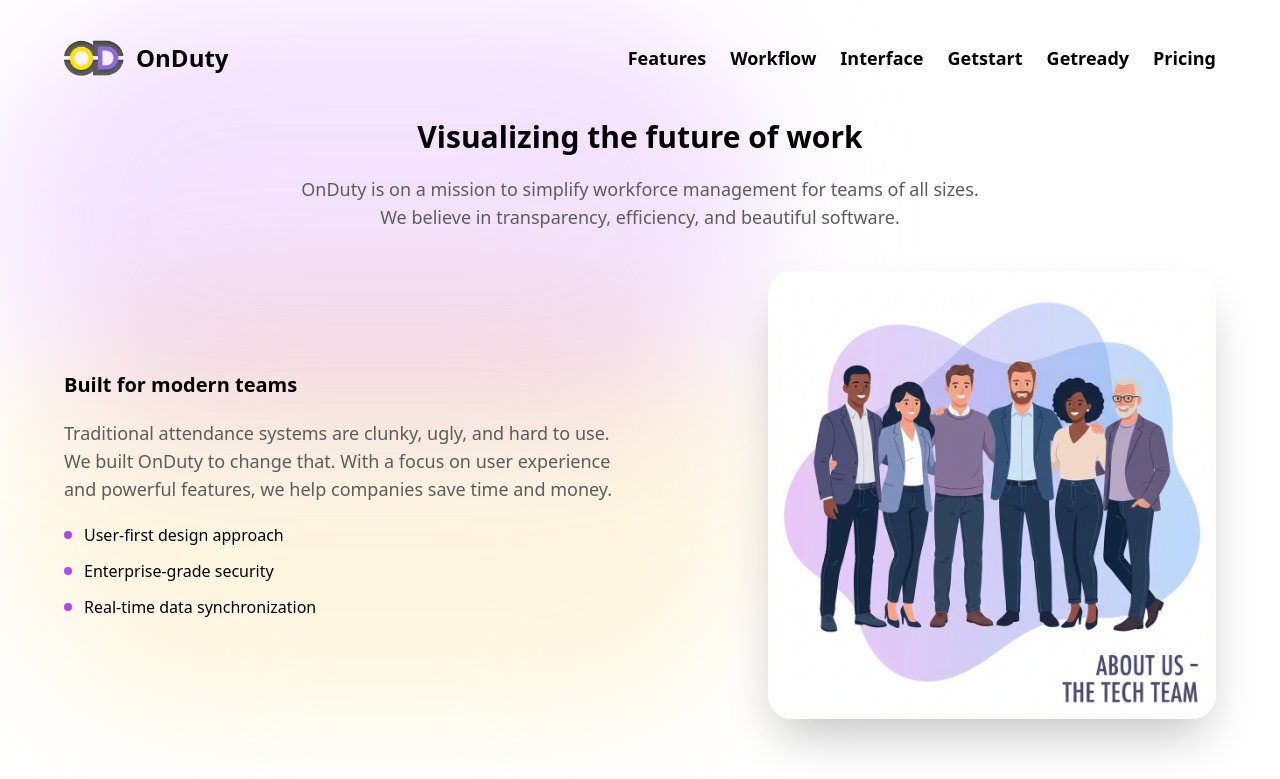
Repository: shekharzorin/ONDUTY-V1
Page: /about
These files come from the project's save history. The page is drawn as it stood at one moment and after the next save; the edit follows.
The browser window is 1280 px wide. The pictures show the whole page.
The project was rebuilt for these pictures with package versions that can differ from the ones it lists, and the page was loaded fresh each time. The framework's server and built-in components were replaced by stand-ins that run in the browser. Also part of the build but not shown: next.config.mjs, vite.config.js, app/components/ui/Crossicon.tsx.

Above is the page before, as saved 2026-01-17 16:12:11.

### app/layout.tsx
import type { Metadata } from "next";
import { Geist, Geist_Mono } from "next/font/google";
import "./globals.css";
import Navbar from "./components/header/Navbar";

const geistSans = Geist({
  variable: "--font-geist-sans",
  subsets: ["latin"],
});

const geistMono = Geist_Mono({
  variable: "--font-geist-mono",
  subsets: ["latin"],
});

export const metadata: Metadata = {
  title: "Create Next App",
  description: "Generated by create next app",
};

export default function RootLayout({
  children,
}: Readonly<{
  children: React.ReactNode;
}>) {
  return (
    <html lang="en">
      <body
        className={`${geistSans.variable} ${geistMono.variable} antialiased`}
      >
        <Navbar />
        {children}
      </body>
    </html>
  );
}

### app/about/page.tsx
import About from '../components/sections/about'

const page = () => {
  return (
    <About/>
  )
}

export default page

### app/globals.css
@import "tailwindcss";

:root {
  --color-primary: #8d6bdc;
  --color-secondary: #e0d4ff;
  --color-bg: #efefef;
  --color-sidebar: #ffffff;
  --color-gray: #5d5d5d;
}

html {
  scroll-behavior: smooth;
}




.flip-card {
  perspective: 1000px;
}

.flip-card-inner {
  transform-style: preserve-3d;
}

.flip-card-front,
.flip-card-back {
  position: absolute;
  width:auto;
  height:auto;
  backface-visibility: hidden;
}

.flip-card-back {
  transform: rotateY(180deg);
}

### app/components/header/Navbar.tsx
"use client";

import Logo from "@/public/images/od_logo.png";
import Image from "next/image";
import Link from "next/link";
import { usePathname } from "next/navigation";
import { useEffect, useState } from "react";
import { MdMenu } from "react-icons/md";
import { motion, AnimatePresence } from "framer-motion";
import { useRouter } from "next/navigation";
import Crossicon from "../ui/Crossicon";

export const navLinks = [
  { name: "Features", id: "features" },
  { name: "Workflow", id: "workflow" },
  { name: "Interface", id: "interface" },
  { name: "Getstart", id: "getstart" },
  { name: "Getready", id: "getready" },
  { name: "Pricing", path: "/pricing/" },
];

const Navbar = () => {
  const pathname = usePathname();
  const [isScrolled, setIsScrolled] = useState(false);
  const [isNavOpen, setIsNavOpen] = useState(false);
  const router = useRouter();
  const [activeSection, setActiveSection] = useState<string | null>(null);

  const handleScrollNav = (id: string) => {
    setActiveSection(id);
    router.push(`/#${id}`);
  };

  useEffect(() => {
    if (pathname !== "/") {
      setActiveSection(null);
    }
  }, [pathname]);

  useEffect(() => {
    if (pathname !== "/") return;
    const hash = window.location.hash.replace("#", "");
    if (hash) {
      setActiveSection(hash);
    } else {
      setActiveSection("features");
    }
  }, [pathname]);

  useEffect(() => {
    const handleScroll = () => setIsScrolled(window.scrollY > 20);
    window.addEventListener("scroll", handleScroll);
    return () => window.removeEventListener("scroll", handleScroll);
  }, []);

  useEffect(() => {
    if (isNavOpen) {
      document.body.style.overflow = "hidden";
    } else {
      document.body.style.overflow = "";
    }
    return () => {
      document.body.style.overflow = "";
    };
  }, [isNavOpen]);

  useEffect(() => {
    if (pathname !== "/") return;

    const sections = [
      "features",
      "workflow",
      "interface",
      "getready",
      "getstart",
    ];
    let locked = true;

    const unlock = () => (locked = false);
    window.addEventListener("scroll", unlock, { once: true });

    const observer = new IntersectionObserver(
      (entries) => {
        if (locked) return;

        entries.forEach((entry) => {
          if (entry.isIntersecting) {
            const id = entry.target.id;

            // 1️⃣ Update active state
            setActiveSection(id);

            // 2️⃣ Update URL hash WITHOUT navigation
            router.replace(`/#${id}`, { scroll: false });
          }
        });
      },
      {
        rootMargin: "-45% 0px -45% 0px",
        threshold: 0,
      }
    );

    sections.forEach((id) => {
      const el = document.getElementById(id);
      if (el) observer.observe(el);
    });

    return () => observer.disconnect();
  }, [pathname, router]);

  return (
    <header
      className={`fixed top-0 left-0 right-0 z-50 border-b transition-all ${
        isScrolled
          ? "bg-transparent backdrop-blur-md border-white shadow-lg py-0"
          : "bg-transparent border-transparent py-5"
      }`}
    >
      <div className="mx-auto w-full px-4 sm:px-6 md:px-8 lg:px-12 xl:px-16 2xl:px-24 max-w-384 py-2 flex items-center justify-between">
        <div className="flex gap-2 lg:gap-3 items-center">
          <Image
            src={Logo}
            alt="Onduty Logo"
            height={60}
            width={60}
            className="flex h-10 w-10 md:h-12 md:w-12 lg:h-15 lg:w-15"
          />
          <h1 className="text-2xl lg:text-2xl font-bold">OnDuty</h1>
        </div>

        {/* Desktop Navbar */}
        <nav className="hidden lg:flex gap-6">
          {navLinks.map((item) => {
            // SCROLL ITEM
            if (item.id) {
              return (
                <button
                  key={item.id}
                  onClick={() => handleScrollNav(item.id)}
                  className={`relative lg:font-semibold xl:font-bold text-lg transition-colors duration-300
                    after:absolute after:left-0 after:-bottom-1 after:h-1
                    after:rounded-full after:bg-(--color-primary)
                    after:transition-all after:duration-300
                    ${
                      activeSection === item.id && pathname === "/"
                        ? "text-(--color-primary)"
                        : "after:w-0 hover:after:w-full"
                    }
                  `}
                >
                  {item.name}
                </button>
              );
            }

            // ROUTE ITEM
            const isActive = pathname === item.path;

            return (
              <Link
                key={item.path}
                href={item.path!}
                className={`relative lg:font-semibold xl:font-bold text-lg transition-colors duration-300
                  after:absolute after:left-0 after:-bottom-1 after:h-1
                  after:rounded-full after:bg-(--color-primary)
                  after:transition-all after:duration-300
                  ${
                    isActive
                      ? "text-(--color-primary)"
                      : "after:w-0 hover:after:w-full"
                  }
                `}
              >
                {item.name}
              </Link>
            );
          })}
        </nav>

        <div className="lg:hidden gap-3">
          <div
            onClick={() => setIsNavOpen(true)}
            className="flex p-1 lg:hidden bg-(--color-secondary) rounded-full border-white border justify-center items-center"
          >
            <MdMenu size={28} className="opacity-10 animate-pulse" />
          </div>

          <AnimatePresence>
            {isNavOpen && (
              <motion.div
                className="fixed inset-0 backdrop-blur-sm bg-black/30 flex justify-end h-screen"
                initial={{ opacity: 0 }}
                animate={{ opacity: 1 }}
                exit={{ opacity: 1 }}
                transition={{ duration: 0.6 }}
              >
                {/* Drawer */}
                <motion.div
                  className="relative w-[70%] md:w-[60%] bg-(--color-sidebar) h-full flex items-center"
                  initial={{ x: "100%" }}
                  animate={{ x: 0 }}
                  exit={{ x: "100%" }}
                  onClick={(e: any) => e.stopPropagation()}
                  transition={{
                    duration: 0.35,
                    ease: "easeInOut",
                  }}
                >
                  {/* Close button */}
                  <div className="flex absolute top-7.25 right-4 md:right-8 lg:hidden z-20 ">
                    <Crossicon onClick={() => setIsNavOpen(false)} />
                  </div>

                  {/* Mobile Navbar */}
                  <nav className="flex flex-col gap-10 p-10 mt-10 w-full">
                    {navLinks.map((item) => {
                      if (item.id) {
                        return (
                          <button
                            key={item.id}
                            onClick={() => {
                              handleScrollNav(item.id);
                              setIsNavOpen(false);
                            }}
                            className={`py-2 w-full relative text-lg font-semibold md:font-bold text-left transition-colors
                              ${
                                activeSection === item.id && pathname === "/"
                                  ? "text-(--color-primary)"
                                  : "text-black/80 hover:text-(--color-primary)"
                              }
                            `}
                          >
                            {item.name}
                          </button>
                        );
                      }

                      const isActive = pathname === item.path;

                      return (
                        <Link
                          key={item.path}
                          href={item.path!}
                          onClick={() => setIsNavOpen(false)}
                          className={`relative text-lg font-semibold md:font-bold py-2
                            ${isActive ? "text-(--color-primary)" : ""}
                          `}
                        >
                          {item.name}
                        </Link>
                      );
                    })}
                  </nav>
                </motion.div>
              </motion.div>
            )}
          </AnimatePresence>
        </div>
      </div>
    </header>
  );
};

export default Navbar;

### app/components/sections/about.tsx
import team from "@/public/images/team.png";
import Image from "next/image";

const About = () => {
  return (
    <section className="relative px-4 sm:px-6 md:px-8 lg:px-12 xl:px-16 2xl:px-24 max-w-384 mx-auto">
      {/* Background flare */}
      <div className="absolute top-0 left-1/2 -translate-x-1/2 w-full h-full max-w-7xl pointer-events-none -z-10">
        <div className="absolute top-0 w-[60%] h-[60%] bg-[#eccfff] rounded-full blur-3xl opacity-60 mix-blend-multiply filter" />
        <div className="absolute bottom-0 w-[60%] h-[60%] bg-[#fff0cd] rounded-full blur-3xl opacity-60 mix-blend-multiply filter" />
      </div>
      <div className="flex flex-col gap-10 mb-15">
        <div className="flex flex-col items-center justify-center mt-30 text-center gap-5">
          <p className="text-2xl lg:text-3xl font-bold leading-[1.15]">
            Visualizing the future of work
          </p>
          <p className="md:text-lg text-(--color-gray)">
            OnDuty is on a mission to simplify workforce management for teams of
            all sizes. <br />
            We believe in transparency, efficiency, and beautiful software.
          </p>
        </div>

        <div className="flex flex-col lg:flex-row items-center justify-center lg:justify-between gap-10">
          <div className="flex flex-col gap-5 text-center lg:text-start">
            <p className="font-bold text-xl">Built for modern teams</p>

            <p className="text-balance md:text-lg text-(--color-gray)">
              Traditional attendance systems are clunky, ugly, and hard to use.
              We built OnDuty to change that. With a focus on user experience
              and powerful features, we help companies save time and money.
            </p>

            <ul className="space-y-3 items-center justify-center">
              <li className="flex items-start gap-3">
                <span className="mt-2 w-2 h-2 rounded-full bg-purple-500"></span>
                <span>User-first design approach</span>
              </li>

              <li className="flex items-start gap-3">
                <span className="mt-2 w-2 h-2 rounded-full bg-purple-500"></span>
                <span>Enterprise-grade security</span>
              </li>

              <li className="flex items-start gap-3">
                <span className="mt-2 w-2 h-2 rounded-full bg-purple-500"></span>
                <span>Real-time data synchronization</span>
              </li>
            </ul>
          </div>

          <Image
            src={team}
            alt="Team Image"
            height={300}
            width={300}
            className="relative rounded-3xl shadow-2xl md:w-sm xl:w-md"
          />
        </div>
      </div>
    </section>
  );
};

export default About;

After the next save:
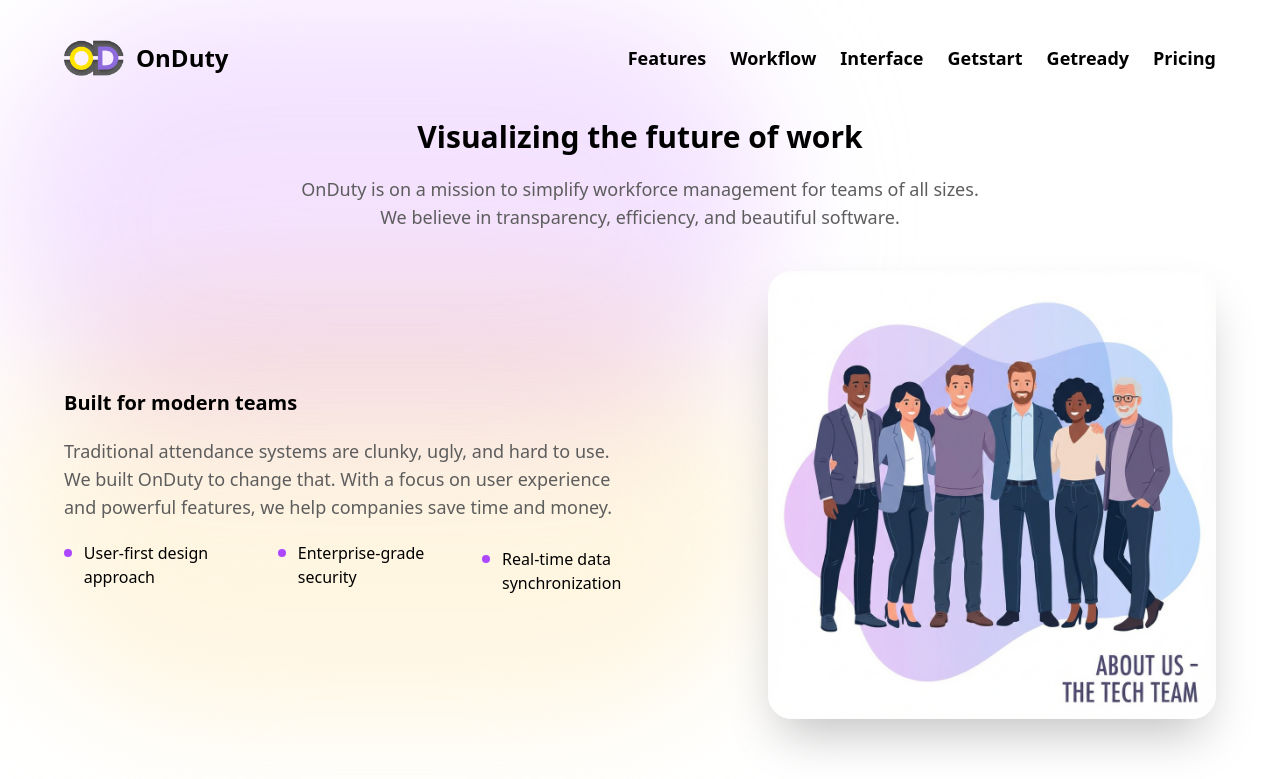
Saved 81 s later.
--- a/app/components/sections/about.tsx
+++ b/app/components/sections/about.tsx
@@ -31,7 +31,7 @@
               and powerful features, we help companies save time and money.
             </p>
 
-            <ul className="space-y-3 items-center justify-center">
+            <ul className="space-y-3 flex items-center justify-center">
               <li className="flex items-start gap-3">
                 <span className="mt-2 w-2 h-2 rounded-full bg-purple-500"></span>
                 <span>User-first design approach</span>
